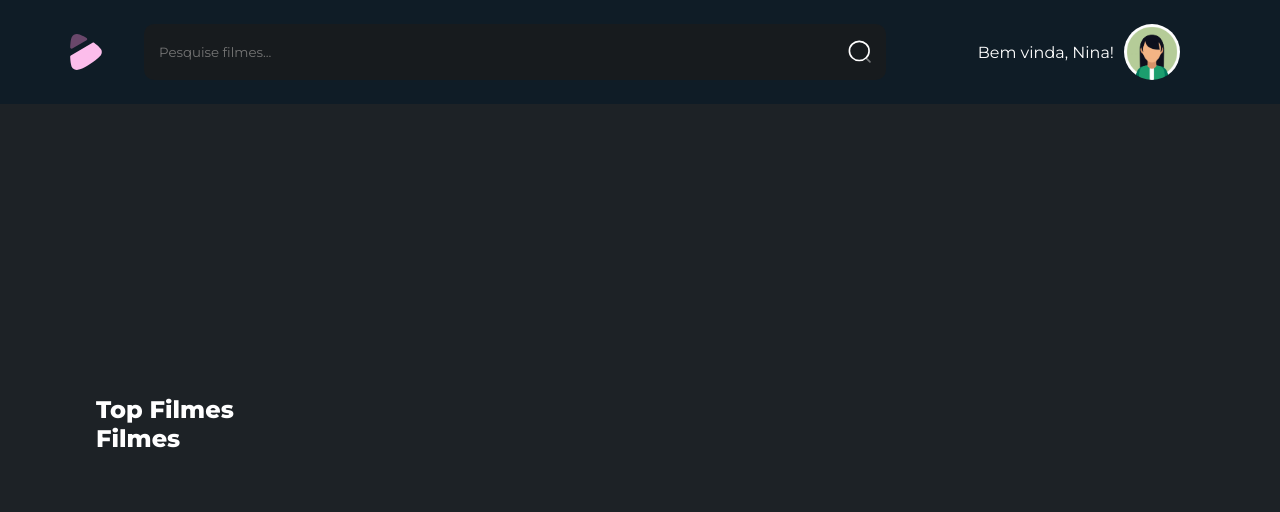
Repository: MilenaMelo/Cubos-Flix
Page: / (app in cubos-flix/)
An editor plug-in stored every save of this project. The page is shown before and after the next save, followed by the edit.
The browser window is 1280 px wide. The pictures show the whole page.
The project was rebuilt for these pictures with package versions that can differ from the ones it lists, and the page was loaded fresh each time.

Above is the page before, as saved 2021-06-19 14:48:05.

After the next save:
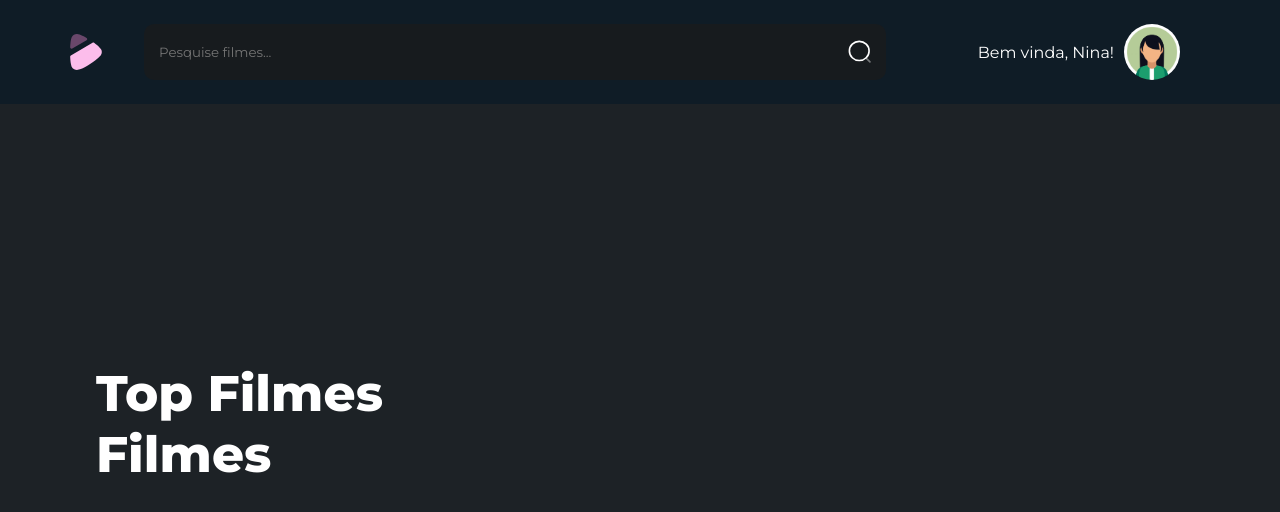
Saved 7 s later.
--- a/cubos-flix/src/App.css
+++ b/cubos-flix/src/App.css
@@ -8,7 +8,7 @@
 }
 
 h1 {
-    font-size: 24px;
+    font-size: 50px;
 }
 
 /* ----------- APPLICATION ----------- */
